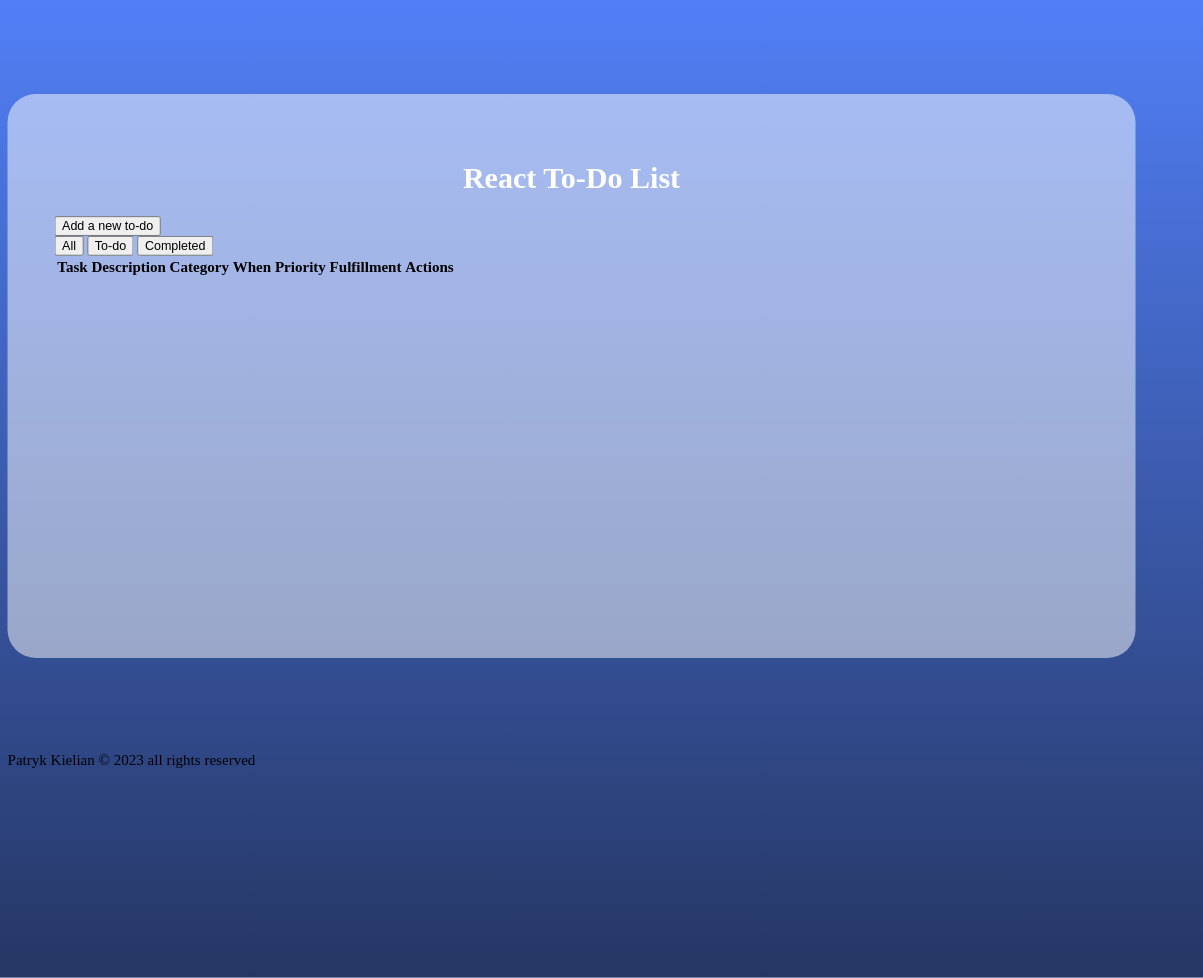
Repository: mirajane2/maquette-todo
Page: index.html
These files come from the project's save history. The page is drawn as it stood at one moment and after the next save; the edit follows.
The browser window is 1280 px wide. The pictures show the whole page, at 94% of full size.

Above is the page before, as saved 2024-11-13 10:46:37.

### index.html
<!DOCTYPE html>
<html lang="fr">
<head>
    <meta charset="UTF-8">
    <meta name="viewport" content="width=device-width, initial-scale=1.0">
    <link rel="stylesheet" href="index.css">
    <title>Maquette Figma</title>
</head>
<body>
    <div class="container">
        <div class="content">
            <h1 class="titre">React To-Do List</h1>
            <div class="control">
                <button class="taches"> Add a new to-do</button>
                <div class="choix_selection">
                    <button class="show">All</button>
                    <button class="options">To-do</button>
                    <button class="options">Completed</button>
                </div>
            </div>

            <div class="table">
                <table>
                    <thead>
                        <tr>
                            <th>Task</th>
                            <th>Description</th>
                            <th>Category</th>
                            <th>When</th>
                            <th>Priority</th>
                            <th>Fulfillment</th>
                            <th>Actions</th>
                        </tr>
                    </thead>
                    <tbody class="valeur">
                        <script src="script.js"></script>
                    </tbody>
                </table>
            </div>
        </div>
        <footer>
            <p>Patryk Kielian © 2023 all rights reserved</p>
        </footer>
    </div>
</body>
</html>

### index.css
html{
    min-height: 100vh;
    background: linear-gradient(180deg, #517FF6, #253663);
}

.container {
    width: 1197px;
    height: 932px;
}

.content{
    width: 1100px;
    min-height: 500px;
    background-color: #FFFFFF80;
    border-radius: 30px;
    margin: 100px auto;
    padding: 50px;
}

.titre{
    color: #FFFFFF;
    text-align: center;

}

Loaded but not shown: script.js (no stored copy; drawn as an empty file)

After the next save:
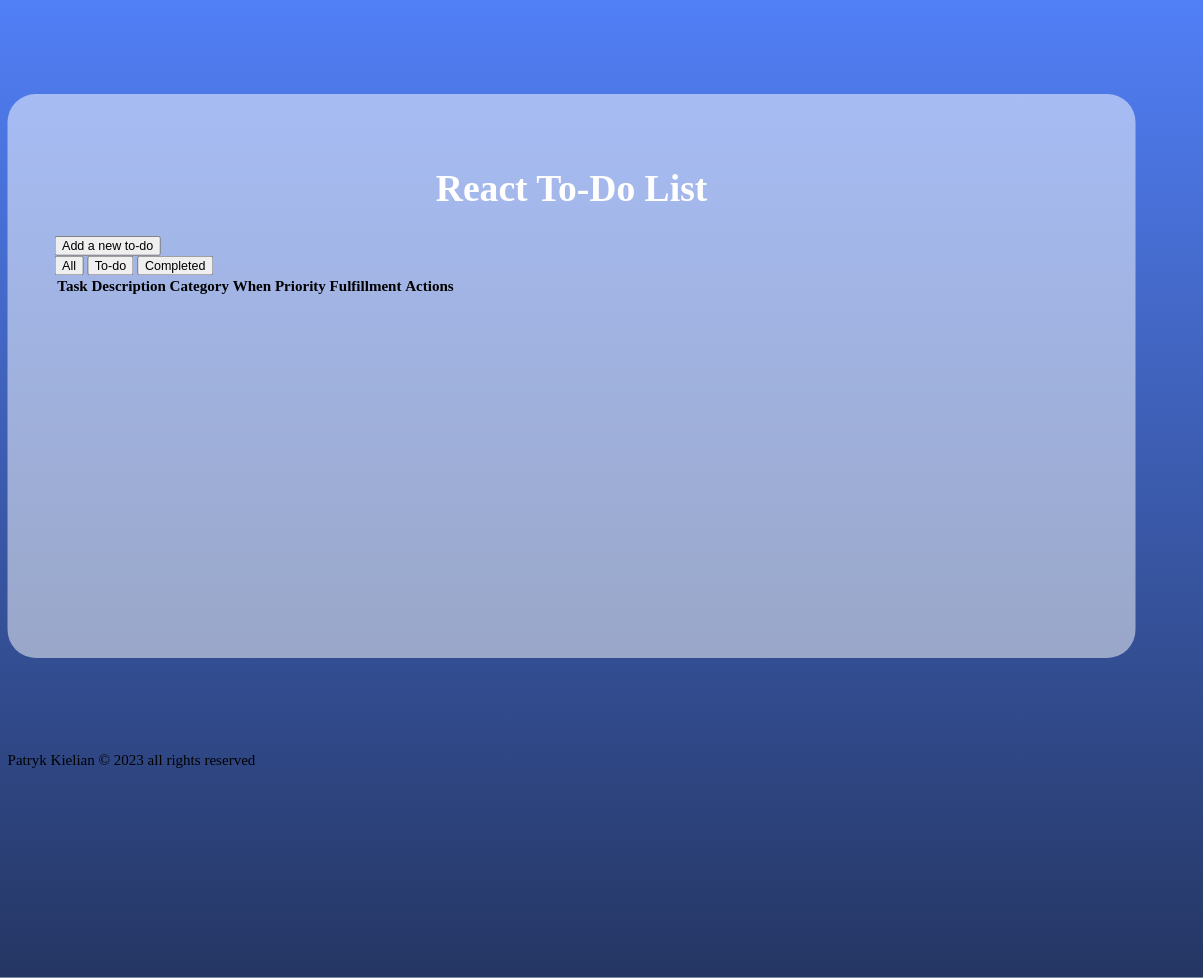
Saved 2 min 2 s later.
--- a/index.css
+++ b/index.css
@@ -20,5 +20,7 @@ html{
 .titre{
     color: #FFFFFF;
     text-align: center;
+    font-weight: 700px;
+    font-size: 40px;
 
 }
